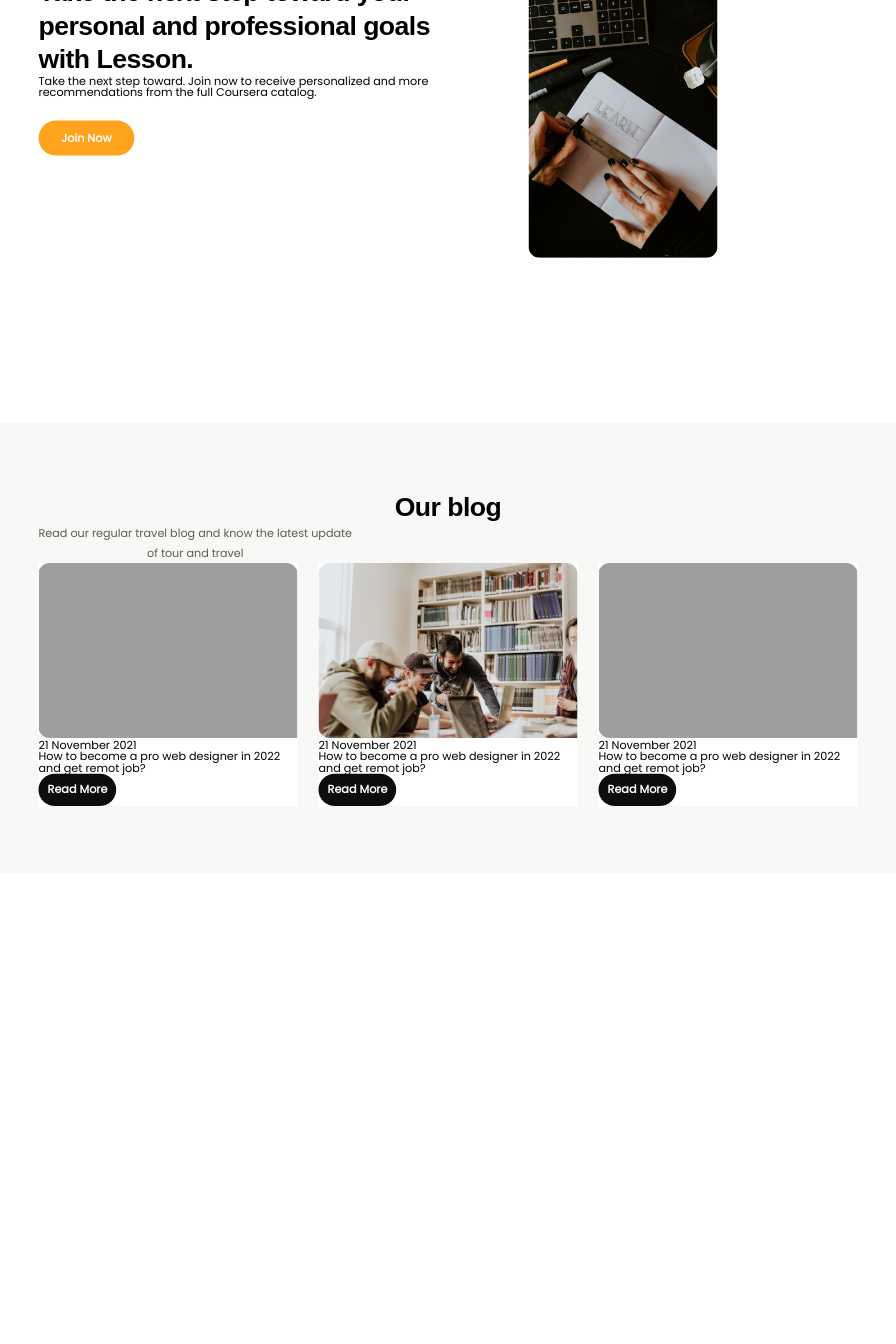
Repository: nguyendonghieu1011-png/figma-to-html1
Page: index.html
The author's editor kept a copy of each file at every save. The page is drawn from the files as they stood at one save, then again after the next save.
The browser window is 1280 px wide. The pictures show the part of the page from y = 3206 to 5126 px (the page is 10000 px tall), at 70% of full size.
Pictures or frames that could not be fetched are drawn as grey boxes. A picture or video elsewhere on the page could not be fetched, so the positions and the page height are approximate. Some web fonts or font styles are not loaded; a fallback is used. Some web libraries are served in a nearby version.

Above is the page before, as saved 2026-01-06 18:01:29.

### index.html
<!DOCTYPE html>
<html lang="en">
<head>
  <meta charset="UTF-8">
  <meta name="viewport" content="width=device-width, initial-scale=1.0">
  <link rel="stylesheet" href="https://cdnjs.cloudflare.com/ajax/libs/font-awesome/7.0.1/css/all.min.css" integrity="sha512-2SwdPD6INVrV/lHTZbO2nodKhrnDdJK9/kg2XD1r9uGqPo1cUbujc+IYdlYdEErWNu69gVcYgdxlmVmzTWnetw==" crossorigin="anonymous" referrerpolicy="no-referrer" />
  <link rel="stylesheet" href="./assets/css/reset.css">
  <link rel="preconnect" href="https://fonts.googleapis.com">
  <link rel="preconnect" href="https://fonts.gstatic.com" crossorigin>
  <link href="https://fonts.googleapis.com/css2?family=Pacifico&family=Poppins:wght@200;300;400&family=Roboto:ital,wght@0,100..900;1,100..900&family=Sekuya&display=swap" rel="stylesheet">
  <link rel="stylesheet" href="./assets/css/style.css">
  <title>Project</title>
</head>

<body>
  <header class="header fixed">
    <div class="main content">
      <div class="body">

        <h1>TangSan</h1>

        <nav class="nav">
          <ul>
            <li class="active"><a href="#!">Home</a></li>
            <li><a href="#!">Courses</a></li>
            <li><a href="#!">Pricing</a></li>
            <li><a href="#!">Reviews</a></li>
          </ul>
        </nav>

        <div class="action">
          <a href="" class="btn btn-sign-up">Sign Up</a>
        </div>
      </div>
    </div>
  </header>

  <!-- main -->
   <main class="main">
    <div class="hero">
      <div class="main content">
        <div class="body">
          <!-- left -->
          <div class="media-block">
            <img class="img" src="./assets/img/hero-img.jpg" alt="" >

            <div class="hero-summary">
              <!-- item1 -->
              <div class="item">
                <div class="icon">
                  <img class="icon-design dev" src="./assets/icon/des.svg" alt="Design">
                </div>

                <div class="info">
                  <p class="label">20 Courrses</p>
                  <p class="title">UI/UX Design</p>
                </div>
              </div>
              <!-- item2 -->
               <div class="item">
                <div class="icon">
                  <img class="icon-design" src="./assets/icon/dev.svg" alt="">
                </div>

                <div class="info">
                  <p class="label">20 Courrses</p>
                  <p class="title">Development</p>
                </div>
              </div>
              <!-- item3 -->
               <div class="item">
                <div class="icon">
                  <img class="icon-design" src="./assets/icon/marketing.svg" alt="">
                </div>

                <div class="info">
                  <p class="label">30 Courrses</p>
                  <p class="title">Marketing</p>
                </div>
              </div>
            </div>

            </div>
          <!-- right -->
           <div class="content-block">
              <h1 class="heading">Learn without limits and spread knowledge.</h1>
              <p class="desc">
                Lorem ipsum dolor sit amet consectetur adipisicing elit. Illum tenetur minima,
                est voluptas eaque aspernatur aperiam hic.
                Necessitatibus, doloremque architecto.
              </p>

              <div class="cta-group">
                <a class="btn hero-cta" href="#!">See Courses</a>
                <button class="watch-video">
                  <div class="icon">
                    <img class="icon-play" src="./assets/icon/play.svg" alt="">
                  </div>
                  <span>Watch Video</span>
                </button>
              </div>

              <p class="desc desc-recent">Recent eagement</p>
              <p class="desc stats">
                <strong>50K</strong> Students
                <strong>70+</strong> Courses
              </p>
           </div>

        </div>
      </div>
    </div>
   </main>

   <!-- popular -->
  <div class="popular">
  <div class="main content">
    <div class="popular-top">
      <!-- popular left -->
      <div class="info">
      <h2 class="heading-lv2">Our popular courses</h2>
        <p class="desc">
          Build new skills with new trendy courses and shine for the next future career.
        </p>
      </div>
      <!-- popular right -->
      <div class="controls">
        <button class="control-btn">
          <!-- <img src="./assets/icon/prev.svg" alt=""> -->
          <svg width="8" height="14" viewBox="0 0 8 14" fill="none"
                                xmlns="http://www.w3.org/2000/svg">
                                <path d="M7 1L1 7L7 13" stroke="currentColor" stroke-linecap="round"
                                    stroke-linejoin="round" />
                            </svg>
        </button>
        <button class="control-btn btn1">
          <!-- <img src="./assets/icon/next.svg" alt=""> -->
           <svg width="8" height="14" viewBox="0 0 8 14" fill="none"
                                xmlns="http://www.w3.org/2000/svg">
                                <path d="M1 1L7 7L1 13" stroke="currentColor" stroke-linecap="round"
                                    stroke-linejoin="round" />
                            </svg>
        </button>
      </div>
    </div>

    <!-- COURSE LIST -->
    <div class="course-list">
      <!-- item 1 -->
      <div class="course-item">
        <a href="#!">
          <img src="./assets/img/course-1.jpg" alt="design" class="thumb">
        </a>

        <div class="info">
          <div class="head">
            <h3 class="title"><a href="#!">Basic web design</a></h3>
            <div class="rating">
              <img src="./assets/icon/star.svg" alt="" class="star">
              <span class="value">4.5</span>
            </div>
          </div>

          <p class="desc">
            Get the best course, gain knowledge and shine for your future career.
          </p>

          <div class="foot">
            <span class="price">$120.75</span>
            <button class="btn btn-book">Book Now</button>
          </div>
        </div>
      </div>

      <!-- item 2 -->
            <div class="course-item">
        <a href="#!">
          <img src="./assets/img/course-2.jpg" alt="UI/UX design" class="thumb">
        </a>

        <div class="info">
          <div class="head">
            <h3 class="title"><a href="#!">UI/UX design</a></h3>
            <div class="rating">
              <img src="./assets/icon/star.svg" alt="" class="star">
              <span class="value">4.5</span>
            </div>
          </div>

          <p class="desc">
            Get the best course, gain knowledge and shine for your future career.
          </p>

          <div class="foot">
            <span class="price">$120.75</span>
            <button class="btn btn-book">Book Now</button>
          </div>
        </div>
      </div>

      <!-- item 3 -->
            <div class="course-item">
        <a href="#!">
          <img src="./assets/img/course-3.jpg" alt="web app design" class="thumb">
        </a>

        <div class="info">
          <div class="head">
            <h3 class="title"><a href="#!">Web app design</a></h3>
            <div class="rating">
              <img src="./assets/icon/star.svg" alt="" class="star">
              <span class="value">4.5</span>
            </div>
          </div>

          <p class="desc">
            Get the best course, gain knowledge and shine for your future career.
          </p>

          <div class="foot">
            <span class="price">$120.75</span>
            <button class="btn btn-book">Book Now</button>
          </div>
        </div>
      </div>

    </div>
  </div>
</div>

   <!-- feedback  -->
    <div class="feedback">
      <div class="main content">
        <div class="feedback-list">

          <!-- item 1 -->
           <div class="feedback-item">
            <!-- khối left -->
             <div class="info">
              <img src="./assets/img/donghieu.jpg" alt="depzai" class="avatar">
              <p class="member-name">Dong Hieu</p>
              <p class="desc">Student of web Design</p>
              <div class="dots">
                <span class="dot active"></span>
                <span class="dot"></span>
                <span class="dot"></span>
              </div>
             </div>
            <!-- khối right -->
             <div class="content">
              <img src="./assets/icon/open-quote.svg" alt="" class="open-quoies">
              <blockquote>Not only does my resume look impressive—filled with
                the names and logos of world-class institutions—but these
                certificates also bring me closer to my career goals by
                validating the skills I've learned. DepZai"
              </blockquote>
             </div>
          </div>

        </div>
      </div>
    </div>

   <!-- features 1 -->
     <div class="features">
      <div class="main content">
        <div class="body">
          <div class="imges">
            <img class="lower" src="./assets/img/olena-bohovyk.jpg" alt="">
            <img src="./assets/img/learn2.jpg" alt="">
          </div>
          <div class="content-text">
            <h2 class="heading-lv2">Learner outcomes through our awesome platform</h2>
            <p class="desc">87% of people learning for professional development report career benefits like getting a promotion, a raise, or starting a new career.</p>
            <p class="desc">Lesson Impact Report (2022)</p>
            <a class="btn cta-btn" href="#!">Sign Up</a>
          </div>
        </div>
      </div>
     </div>

   <!-- features 2 -->
     <div class="features features-2">
      <div class="main content">
        <div class="body">
          <div class="content-text-2">
            <h2 class="heading-lv2">Take the next step toward your personal and professional goals with Lesson.</h2>
            <p class="desc">Take the next step toward. Join now to receive personalized and more recommendations from the full Coursera catalog.</p>
            <a class="btn cta-btn" href="#!">Join Now</a>
          </div>

          <div class="imges imges-2">
            <img src="./assets/img/learn2.jpg" alt="">
          </div>
        </div>
      </div>
     </div>

   <!-- Blog -->
    <div class="blog">
      <div class="main content">
        <div class="blog-top">
          <h2 class="heading-lv2">Our blog</h2>
          <p class="desc">Read our regular travel blog and know the latest update of tour and travel</p>
        </div>

          <div class="blog-list">
            <!-- item 1 -->
            <div class="item">
              <a href="#!"><img  class="thumb" src="./assets/img/blog1.jpg" alt=""></a>

              <div class="info">
                <p class="date">21 November 2021</p>
                <h3 class="title">How to become a pro web designer in 2022 and get remot job?</h3>
                <a href="#!" class="btn">Read More</a>
              </div>
            </div>

            <!-- item 2 -->
            <div class="item">
              <a href="#!"><img  class="thumb" src="./assets/img/blog2.jpg" alt=""></a>

              <div class="info">
                <p class="date">21 November 2021</p>
                <h3 class="title">How to become a pro web designer in 2022 and get remot job?</h3>
                <a href="#!" class="btn">Read More</a>
              </div>
            </div>

            <!-- item 3 -->
            <div class="item">
              <a href="#!"><img  class="thumb" src="./assets/img/blog3.jpg" alt=""></a>

              <div class="info">
                <p class="date">21 November 2021</p>
                <h3 class="title">How to become a pro web designer in 2022 and get remot job?</h3>
                <a href="#!" class="btn">Read More</a>
              </div>
            </div>

          </div>
      </div>
    </div>
</body>
</html>

### assets/css/style.css
* {
  box-sizing: border-box;
}

:root {
  --font-heading: "Sen", sans-serif;
}

html {
  font-size: 62.5%;
}

body {
  font-size: 1.6rem;
  font-family: "Poppins", sans-serif;
  height: 1000rem;

}

h1 {
  font-weight: 700;
  font-style: italic;
  padding: 5px;
  margin-left: 20px;
  margin-right: 20px;
  letter-spacing: 2px;
}

a {
  text-decoration: none;
}

.heading-lv2 {
  color: black;
  font-family: var(--font-heading);
  font-size: 38px;
  font-weight: 700;
  line-height: 48px;
  letter-spacing: -0.76px;
}

.header {
  background-color: #f8f9f6;
}

.header.fixed {
  z-index: 1;
  position: sticky;
  top: -28px;
}

.header h1 {
  font-size:2.8rem;
  text-shadow: 3px 0 0 #7b7b7b
}

.btn {
  display: inline-block;
  background-color: #0d0d0d;
  text-align: center;
  color: #fff;
  padding: 8px 13px;
  line-height: 30px;
  border-radius: 999px;
  font-weight: 600;
}

.btn:hover {
  /* background-color: #5b5d54; */
  opacity: 0.9;
  cursor: pointer;
}


.main.content {
  width: 1170px;
  max-width: calc(100% - 48px);
  margin-left: auto;
  margin-right: auto;
}

.header .body {
  display: flex;
  align-items: baseline; /* or center*/
  padding: 36px 0 8px
}

.nav {
  margin-left: auto;
}

.nav ul {
  display: flex;
}

.nav a {
  position: relative;
  color: rgb(100, 95, 95);
  text-align: center;
  padding: 8px 21px;
}

.nav a:hover {
  color:black;
  /* font-weight: 600; */
  /* font-size: 17px; */
  text-shadow: 1px 0 0 currentColor;
}

.header .btn-sign-up {
  min-width: 130px;
}

.header .action {
  margin-left: 50px;
}

.hero {
  padding: 56px 0 65px;
  background-color: #f8f9f6;
}

.hero .body {
  display: flex;
}

.hero .media-block {
  position: relative;
  width: 50%;
}

.hero .content-block {
  width: 52%;
  margin-left: 100px
}

.hero .media-block .img {
  width: 470px;
  height: 685px;
  object-fit: cover;
  border-radius: 20px;
}

.hero .hero-summary {
  position: absolute;
  bottom: 50px;
  right: 0;
  background-color: #fff;
  padding: 30px 60px;
  border-radius: 20px;
}



.hero-summary .info {
  margin-left: 16px;
}


.hero-summary .icon {
  width: 48px;
  height: 48px;
  border-radius: 50%;
  display: flex;
  justify-content: center;
  align-items: center;
  background-color: #fff9e8;
}



.hero-summary .item {
  display: flex;
  align-items: center;
}

.hero-summary .item + .item {
  margin-top: 22px;
}

.hero-summary .label {
  color:#787777;
  font-size: 1.4rem;
  line-height: 186%;
}

.hero-summary .title {
  font-size: 1.8rem;
  font-weight: 600;
  line-height: 30px
}

.hero .content-block {
  width: 52%;
  padding-left: 130px;
}


.hero .heading {
  font-family: var(--font-heading);
  font-size: 58px;
  font-style: normal;
  font-weight: 700;
  line-height: 68px;
  letter-spacing: -1.16px; /*khoảng cách giữa các chữ cái*/

}

.hero .desc {
  margin-top: 20px;
  color: #787777;
  font-size: 1.8rem;
  line-height: 1.67;
}

.hero .cta-group {
  margin-top: 38px;
  display: flex;
}

.hero-cta {
  background-color: #e2d706;
  min-width: 170px;
  line-height: 35px;
  margin-right: 20px;
}

.hero .watch-video {
  border: none;
  display: flex;
  justify-content: center;
  align-items: center;
  background-color: transparent;
  cursor: pointer;
}


.hero-cta:hover {
  background-color: rgb(235, 166, 3);
}

.cta-group span {
  margin-left: 10px;
  font-size: 1.8rem;
  font-weight: 700;
  line-height: 30px;

}

.hero .watch-video .icon {
  display: flex;
  align-items: center;
  justify-content: center;
  width: 40px;
  height: 40px;
  border-radius: 40px;
  background: #fff;
  box-shadow: 0px 8px 16px 0px rgba(0, 0, 0, 0.07);
}



.hero .desc-recent {
  margin-top: 35px;
}

.hero .stats {
  margin-top: 8px;
}

.hero .stats strong {
  margin-right: 15px;
  color: black;
  font-family: var(--font-heading);
  font-size: 44px;
  font-weight: 700;
  line-height: 54px;
}

.hero .stats strong:nth-child(2) {
  margin-left: 28px;
}

/* popular */

.popular {
  padding: 65px 0;
  margin-top: 135px;
}

.popular-top {
  display: flex;
  justify-content: space-between;
  align-items: center;
}

.popular-top .desc{
  margin-top: 16px;
  width: 458px;
  color: #555555;
  font-size: 1.8rem;
  line-height: 1.67;
}

.popular-top .controls {
  display: flex;
  gap: 18px;
}

.popular .control-btn {
  display: flex;
  justify-content: center;
  align-items: center;
  background: transparent;
  width: 40px;
  height: 40px;
  padding: 10px 15px;
  border-radius: 999px;
  color: rgb(235, 166, 3);
  border: 1px solid rgb(235, 166, 3);

}

.popular .control-btn:hover {
  background-color: rgb(235, 166, 3);;
  color: #fff;
   cursor: pointer;
}

.popular .course-list {
  margin-top: 55px;
  display: flex;
  align-items: baseline;
  gap: 30px;
}

.popular .course-item {
  border-radius: 12px;
  border: 1px solid rgb(225, 224, 224);
  background-color: #fff;
}

.popular .course-item:hover {
  border: 1px solid transparent;
  border-radius: 12px;
  background-color: #fff;
  box-shadow: 0px 18px 36px 0px rgba(0, 0, 0, 0.05);
}

.popular .course-item .thumb {
  border-top-left-radius: 12px;
  border-top-right-radius: 12px;
  width: 100%;
  height: 278px;
  object-fit: cover;
}

.popular .course-item .info {
  padding: 16px 22px 22px;
}

.popular .course-item .foot,
.popular .course-item .rating,
.popular .course-item .head {
  display: flex;
  align-items: center;
  justify-content: space-between;
}

.popular .course-item .value {
  margin-left: 6px;
  color: #fea31b;
  font-size: 16px;
  line-height: 28px;
}

.popular .course-item .title a{
  color: #171100;
  font-style: 1.8rem;
  font-weight: 600;
  line-height: 30px;
}

.popular .course-item .desc {
  margin-top: 6px;
  color: #5f5b53;
  font-size: 14px;
  line-height: 26px;
}

.popular .course-item .foot {
  margin-top: 12px;
}

.popular .course-item .price {
  font-style: 1.8rem;
  font-weight: 600;
  line-height: 30px;
}

.popular .course-item .btn-book {
  border: none;
}

.popular .course-item .btn-book:hover {
  background-color:#fea31b;
  /* cursor: pointer */
}

/* feedback */

.feedback {
  margin-top: 135px;
  background-color: #3d2802;
  padding: 96px 0 96px 0;
}

/* .feedback-list {
  display: flex;

} */

.feedback-item {
  display: flex;
  /* justify-content: space-between; */
}

.feedback .info .avatar {
    width: 72px;
    height: 72px;
    border-radius: 50%;
    object-fit: cover;
}

.feedback-item .info .member-name {
  margin-top: 18px;
  font-family: var(--font-heading);
  font-size: 24px;
  font-weight: 700;
  line-height: 34px;
}

.feedback-item .info .desc {
  margin-top: 4px;
  color: #bfbcb2;
  font-style: 1.4rem;
  line-height: 1.86;
}

.feedback-item .dots {
  display: flex;
  margin-top: 28px;
  gap: 6px;
}

.feedback-item .dot {
  width: 6px;
  height: 6px;
  border-radius: 50%;
  background-color: #88580a;
}

.feedback-item .active {
  background-color: #fea31b;
  cursor: pointer;
}

.feedback-item .content {
  width: 66%;
  margin-left: auto;
}

.feedback-item blockquote {
  color: #fff;
  font-size: 26px;
  font-style: italic;
  line-height: 40px;
}

/* features 1 */
.features {
  margin-top: 135px;
  padding: 65px 0;
}

.features .body {
  display: flex;
  justify-content: space-between;
}

.features .imges {
  display: flex;
  gap:  30px;
}

.features .imges img{
  width: 270px;
  height: 404px;
  object-fit: cover;
  border-radius: 16px;
}

.features .lower {
  margin-top: 34px;
}

.features .content-text .desc {
  margin-top: 16px;
  color: #5f5b53;
  font-size: 1.6rem;
  line-height: 1.75;
}

.features .content-text {
  width: 41%;
  display: flex;
  flex-direction: column;
  justify-content: center;
}

.features .cta-btn {
  margin-top: 32px;
  width: 137px;
  height: 50px;
  background-color: #fea31b;
  display: flex;
  justify-content:center;
  align-items: center;
}

.features .imges-2 {
  width: 470px;
  height: 440px;
  object-fit: cover;
  border-radius: 16px;
}

/* features 2 */
.features-2 {
  margin-top: 70px;
}

.features-2 .content-text-2 {
  width: 49%;
}

/* blog */
.blog {
  margin-top: 135px;
  background-color: #f8f9f6;
  padding: 96px 0;
}

.blog .blog-top {
  text-align: center;
}

.blog .blog-top .desc {
  margin: 16px 361 0;
  width: 448px;
  color: #5f5b53;
  font-size: 1.6rem;
  line-height: 1.75
}

.blog-list {
  display: flex;
  gap: 30px;
}

.blog-list .item .thumb {
  width: 100%;
  height: 250px;
  object-fit: cover;
  border-radius: 16px 16px 0;
}

.blog-list .item {
  background-color: #fff;
}

Loaded but not shown: assets/css/reset.css (common file)

After the next save:
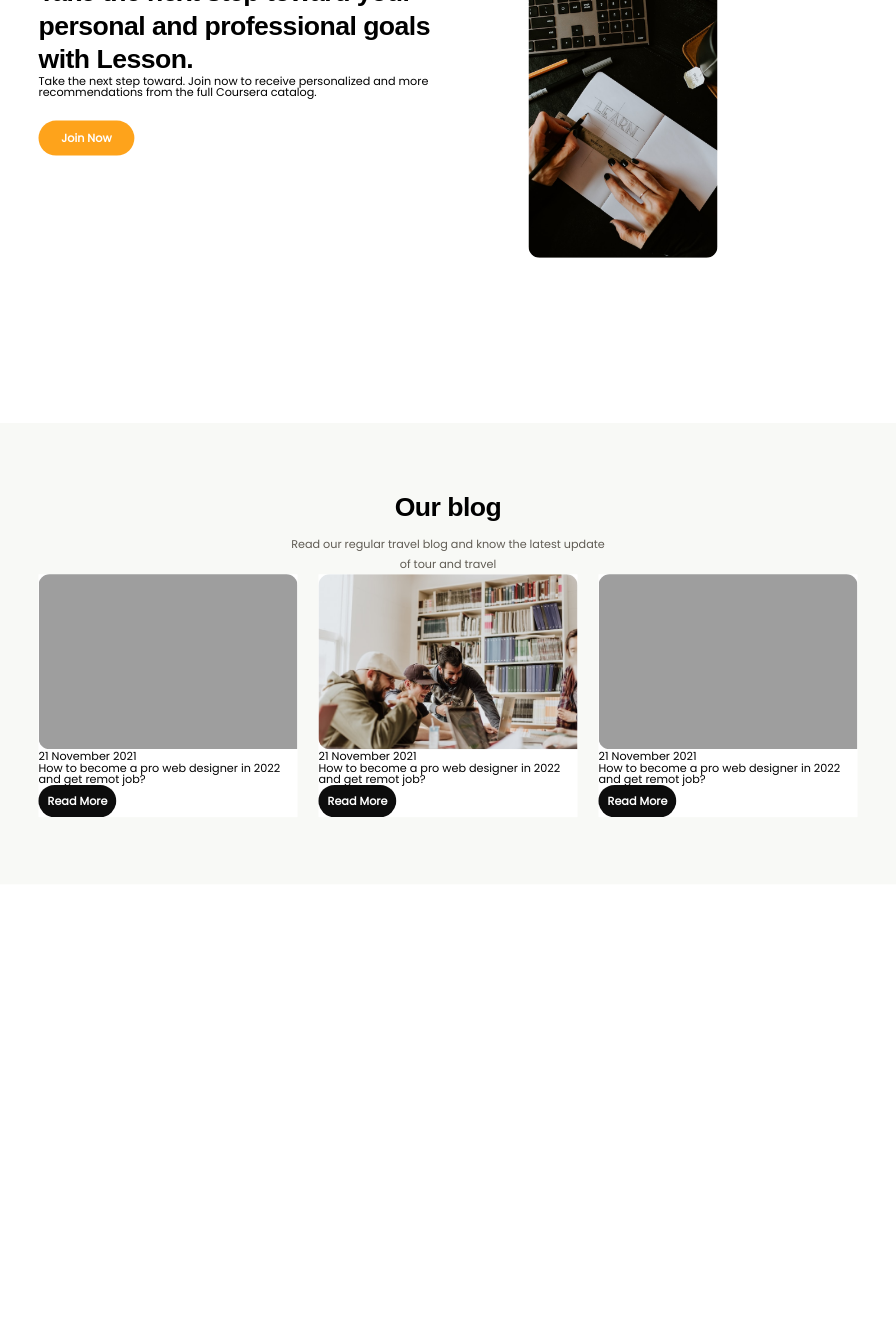
Saved 5 s later.
--- a/assets/css/style.css
+++ b/assets/css/style.css
@@ -556,7 +556,7 @@ a {
 }
 
 .blog .blog-top .desc {
-  margin: 16px 361 0;
+  margin: 16px auto 0;
   width: 448px;
   color: #5f5b53;
   font-size: 1.6rem;
